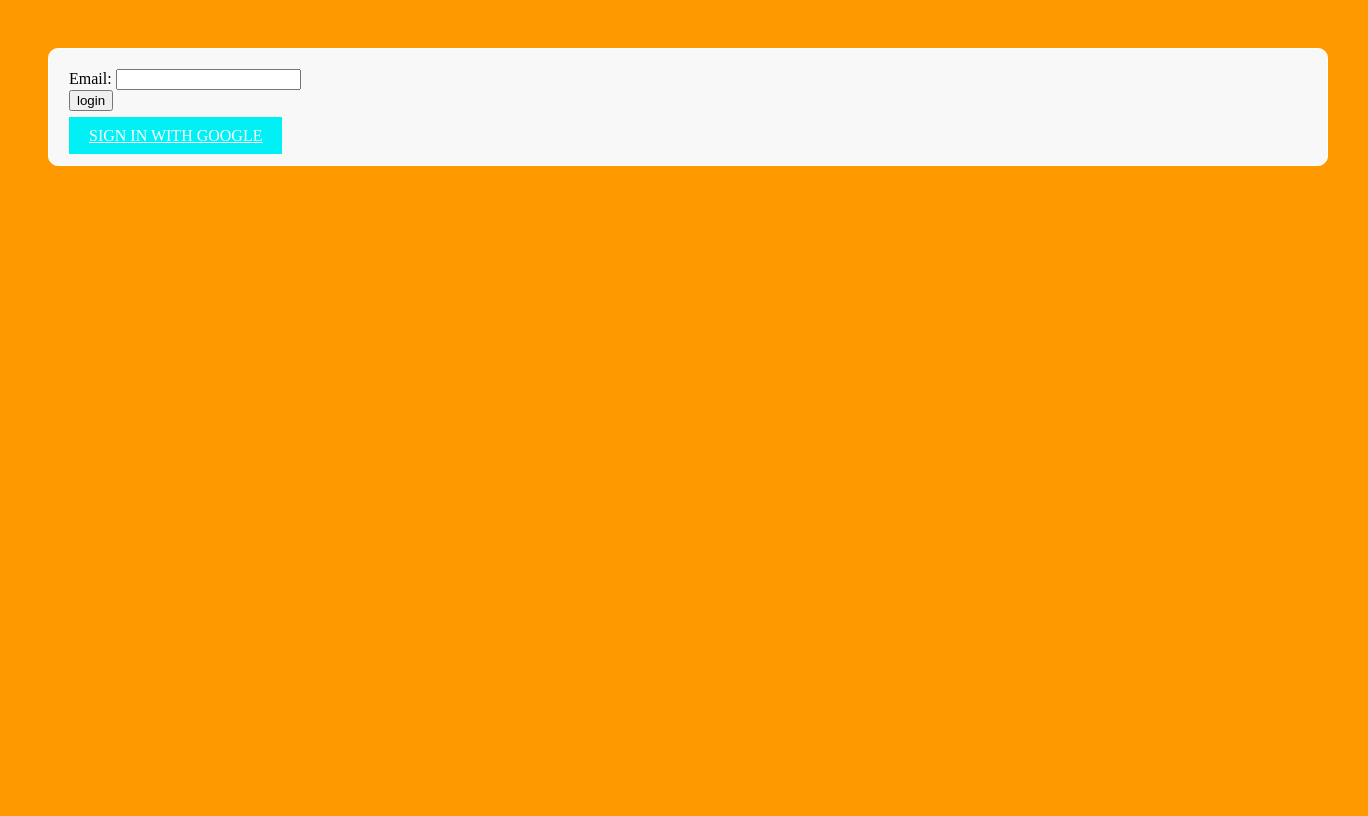
Repository: TharanyaM/Adaptavant--project
Page: Project/war/index.html
An editor plug-in stored every save of this project. The page is shown before and after the next save, followed by the edit.
The browser window is 1280 px wide. The page is 1368 px wide, so the pictures cover 1368 px, including what lies to the right of the window. The pictures show the whole page.

Above is the page before, as saved 2015-10-23 20:56:46.

After the next save:
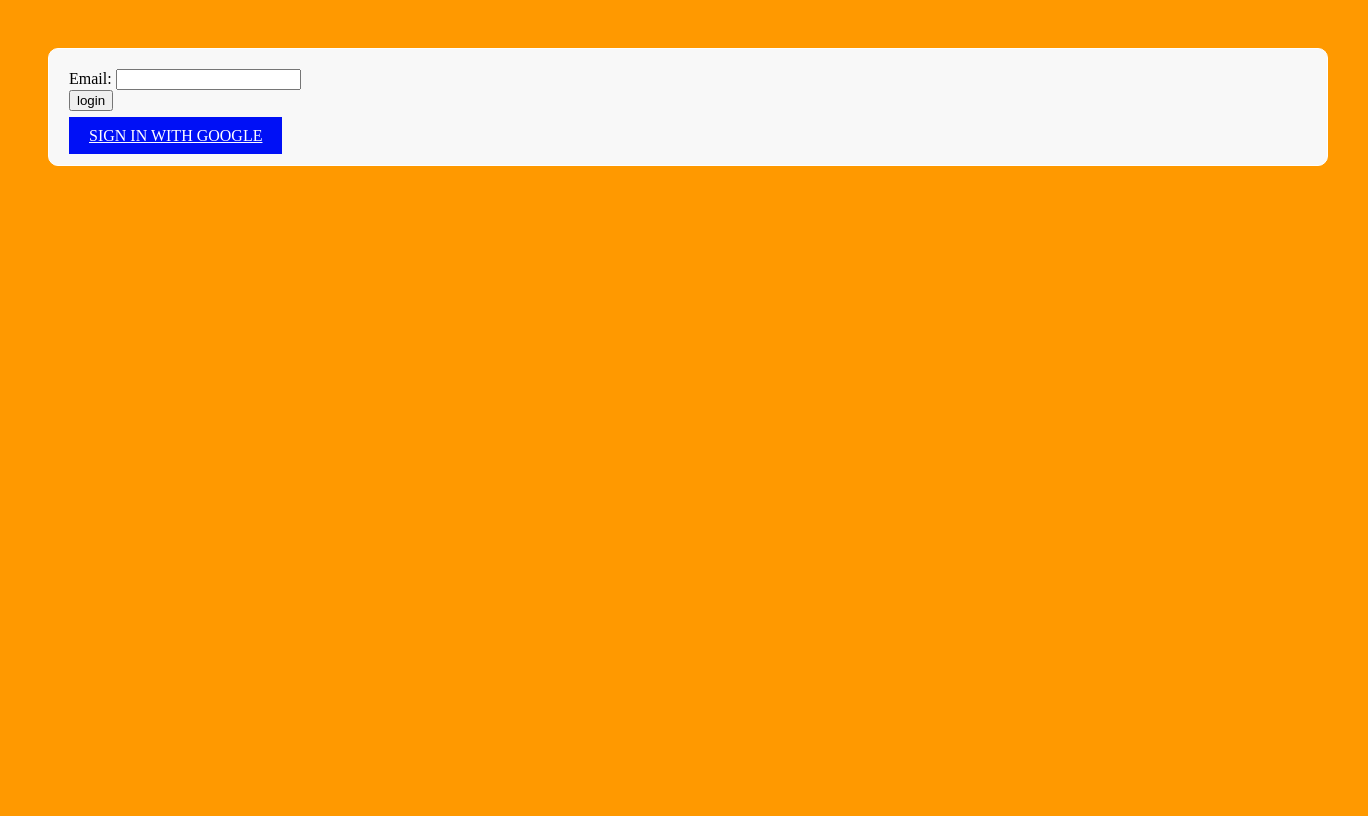
Saved 7 s later.
--- a/Project/war/style/style.css
+++ b/Project/war/style/style.css
@@ -21,5 +21,5 @@ div.login-container a.signin
 	padding-left:20px;
 	padding-right:20px;
 	color:#fff;
-	background-color:#00f0f6;
+	background-color:#0010f6;
 }
